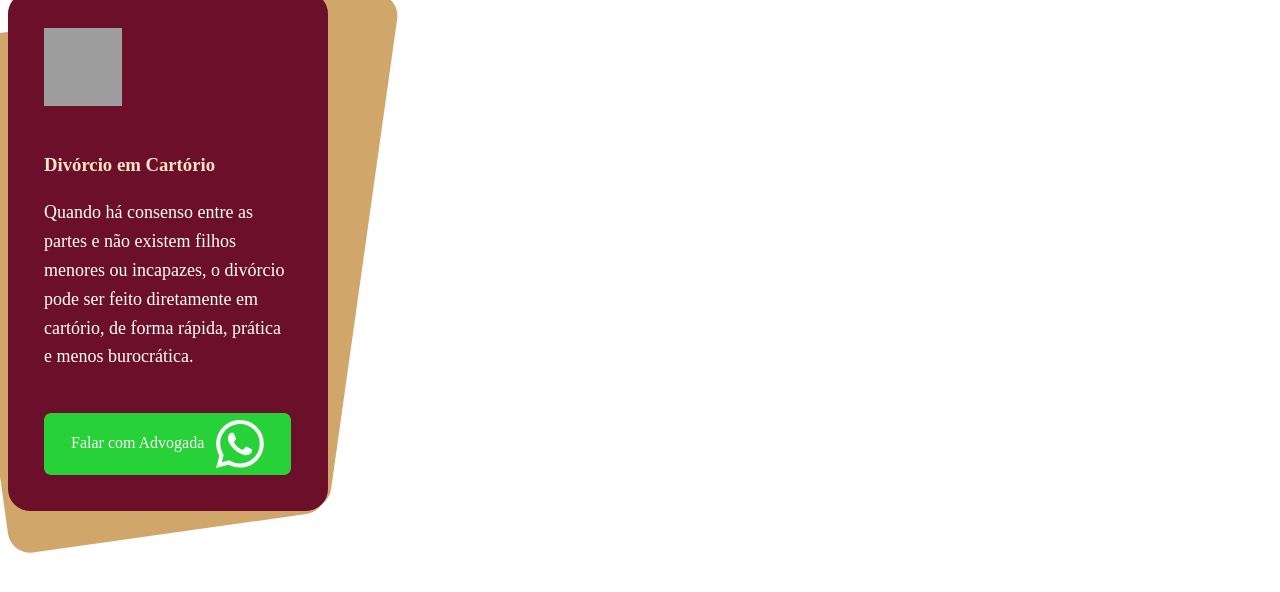
Repository: EmanuelVieiira/landing-page-advocacia
Page: teste.html
The author's editor kept a copy of each file at every save. The page is drawn from the files as they stood at one save, then again after a run of saves.
The browser window is 1280 px wide. The pictures show the whole page.
The pointer rests on the first visible `.btn-whatsapp`.
Pictures or frames that could not be fetched are drawn as grey boxes.

Above is the page before, as saved 2026-02-04 23:22:37.

After the next 4 saves:
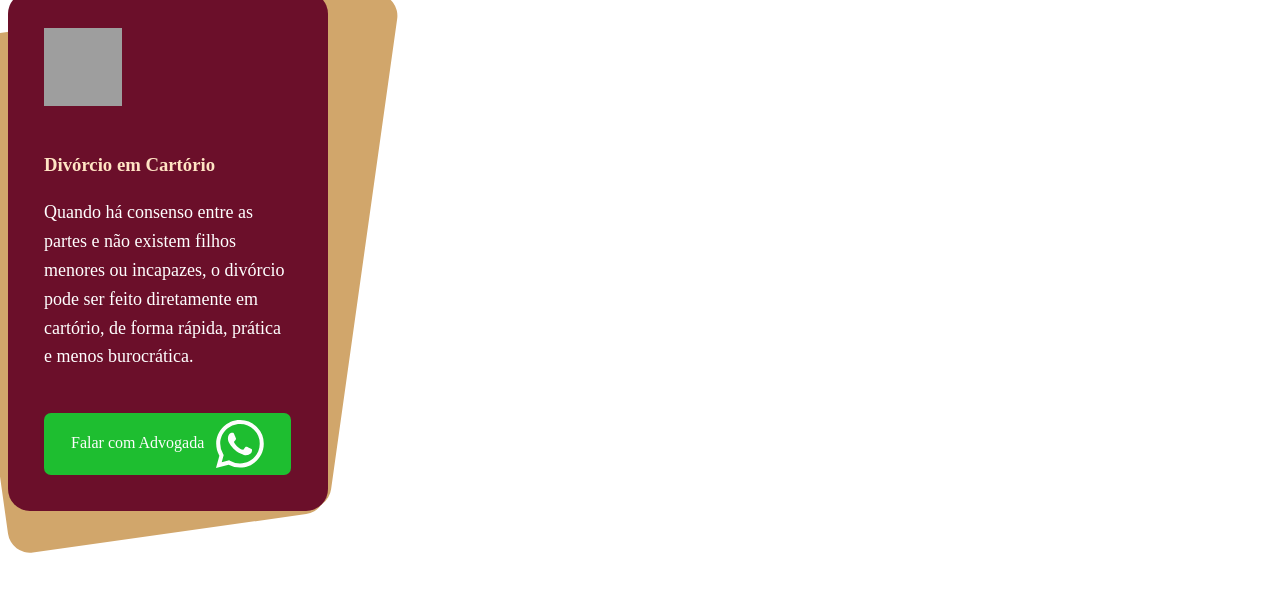
The 4 saves are shown as one change because they came seconds apart.
The last was saved 12 s later.
--- a/teste.html
+++ b/teste.html
@@ -118,6 +118,9 @@
     border-radius: 7px;
 
 }
+.btn-whatsapp:hover {
+    background-color: #1ebe30;
+    color:#fdfdfd;
 
     </style>
 </head>

After the 3 saves that followed:
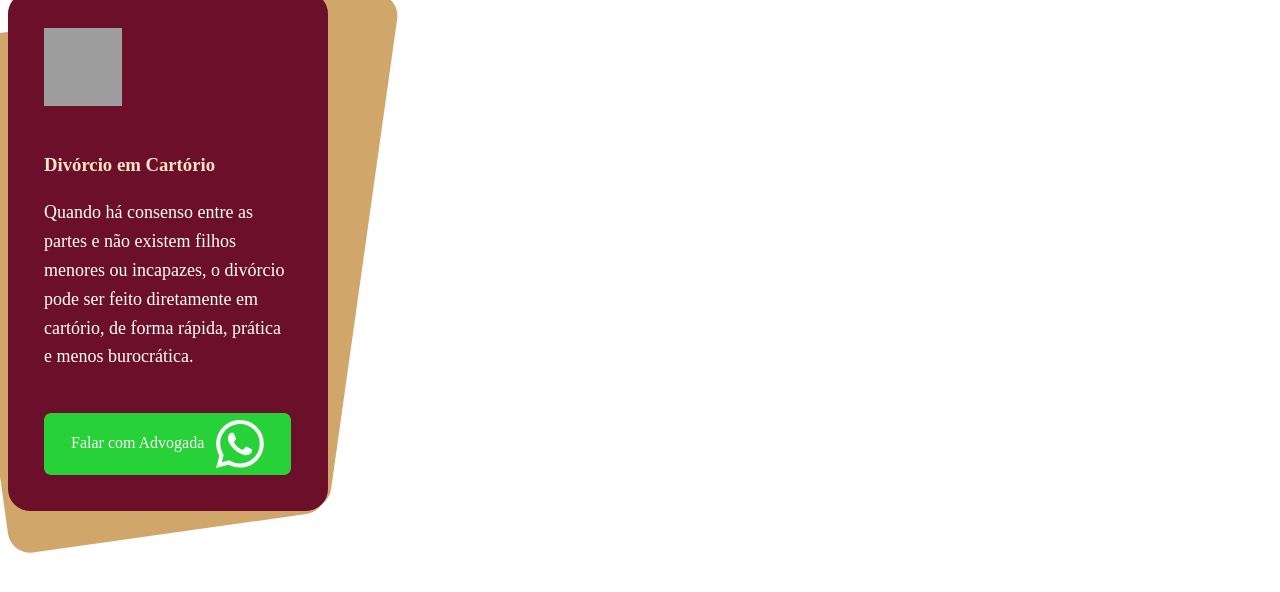
The 3 saves are shown as one change because 1 left the picture as it was and some came seconds apart.
The last was saved 15 s later.
--- a/teste.html
+++ b/teste.html
@@ -118,9 +118,7 @@
     border-radius: 7px;
 
 }
-.btn-whatsapp:hover {
-    background-color: #1ebe30;
-    color:#fdfdfd;
+
 
     </style>
 </head>
